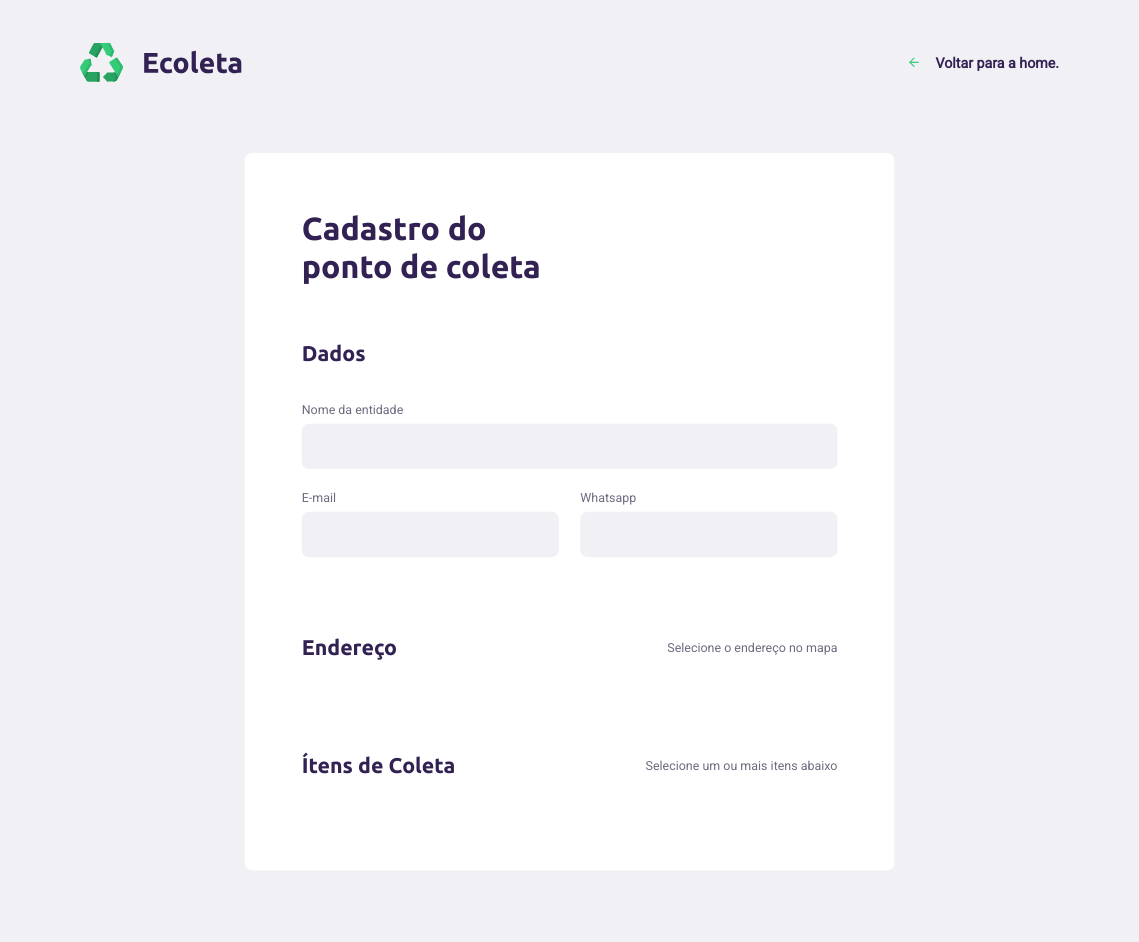
Repository: DavidSamerson/NLW_treinamento_2020
Page: /CreatePoint (app in webapp/)
The author's editor kept a copy of each file at every save. The page is drawn from the files as they stood at one save, then again after the next save.
The browser window is 1280 px wide. The pictures show the whole page, at 89% of full size.
The project was rebuilt for these pictures with package versions that can differ from the ones it lists, and the page was loaded fresh each time. Also part of the build but not shown: webapp/src/pages/Home/styles.css, webapp/src/pages/Home/index.tsx.

Above is the page before, as saved 2020-06-16 15:25:17.

### webapp/public/index.html
<!DOCTYPE html>
<html lang="en">
  <head>
    <meta charset="utf-8" />
    <link rel="icon" href="%PUBLIC_URL%/favicon.ico" />
    <meta name="viewport" content="width=device-width, initial-scale=1" />
    <meta name="theme-color" content="#34CB79" />
    <link href="https://fonts.googleapis.com/css2?family=Roboto&family=Ubuntu:wght@700&display=swap" rel="stylesheet">
    <meta
      name="description"
      content="Web site created using create-react-app"
    />
    <link rel="apple-touch-icon" href="%PUBLIC_URL%/logo192.png" />
    <!--
      manifest.json provides metadata used when your web app is installed on a
      user's mobile device or desktop. See https://developers.google.com/web/fundamentals/web-app-manifest/
    -->
    <link rel="manifest" href="%PUBLIC_URL%/manifest.json" />
    <!--
      Notice the use of %PUBLIC_URL% in the tags above.
      It will be replaced with the URL of the `public` folder during the build.
      Only files inside the `public` folder can be referenced from the HTML.

      Unlike "/favicon.ico" or "favicon.ico", "%PUBLIC_URL%/favicon.ico" will
      work correctly both with client-side routing and a non-root public URL.
      Learn how to configure a non-root public URL by running `npm run build`.
    -->
    <title>React App</title>
  </head>
  <body>
    <noscript>You need to enable JavaScript to run this app.</noscript>
    <div id="root"></div>
    <!--
      This HTML file is a template.
      If you open it directly in the browser, you will see an empty page.

      You can add webfonts, meta tags, or analytics to this file.
      The build step will place the bundled scripts into the <body> tag.

      To begin the development, run `npm start` or `yarn start`.
      To create a production bundle, use `npm run build` or `yarn build`.
    -->
  </body>
</html>

### webapp/src/App.tsx
import React from 'react';
import './App.css';

import Home from './pages/Home';
import CreatePoint from './pages/CreatePoint';

import Routes from './routes';

//JSX -> sintaxe de xml dentro do javascript


function App() {

  return (
    <div>
        <Routes />
    </div>
  );
}

export default App;

//import React, {useState} from 'react';
//import Header from './header';


/*const [counter, setCounter] = useState(0); //[valor do estado / função para atualizar o valor do estado]
//Estado e Imutabilidade

function handleButton(){
    setCounter(counter + 1);
} */

// <Header title={`ECOLETA ${counter}`}/> -----> Passando variaveis via HTML

/*<Header title="ECOLETA 1"/>
        <Header title="ECOLETA 2"/>
        <Header title="ECOLETA 3"/>
        <Header title={`ECOLETA ${counter}`}/>

        <h1>{counter}</h1>
        <button type="button" onClick={handleButton}>Aumentar</button> */

### webapp/src/routes.tsx
import React from 'react';
import { Route, BrowserRouter } from 'react-router-dom';

import Home from './pages/Home';
import CreatePoint from './pages/CreatePoint';

const Routes = () => {
    return (
        <BrowserRouter>
            <Route component={Home} path="/" exact />
            <Route component={CreatePoint} path="/CreatePoint"/>
        </BrowserRouter>
    );
}
export default Routes;

### webapp/src/pages/CreatePoint/index.tsx
import React from 'react';
import './styles.css';
import logo from '../../assets/logo.svg';
import { Link } from 'react-router-dom';
import {FiArrowLeft} from 'react-icons/fi';

const CreatePoint = () => {
    return (
        <div id="page-create-point">
            <header>
                <img src={logo} alt="Ecoleta" />
                <Link to="/">
                    <FiArrowLeft />
                    Voltar para a home.
                </Link>
            </header>

            <form action="">
                <h1>Cadastro do <br /> ponto de coleta</h1>
                <fieldset>
                    <legend>
                        <h2>Dados</h2>
                    </legend>
                    <div className="field">
                        <label htmlFor="name">
                            Nome da entidade
                        </label>
                        <input
                            id="name"
                            name="name"
                            type="text"
                        />
                    </div>

                    <div className="field-group">

                        <div className="field">
                        <label htmlFor="email">
                            E-mail
                        </label>
                        <input
                            id="email"
                            name="email"
                            type="email"
                        />
                    </div>
                    <div className="field">
                        <label htmlFor="Whatsapp">
                            Whatsapp
                        </label>
                        <input
                            id="Whatsapp"
                            name="Whatsapp"
                            type="text"
                        />
                    </div>

                    </div>
                </fieldset>

                <fieldset>
                    <legend>
                        <h2>Endereço</h2>
                        <span>Selecione o endereço no mapa</span>
                    </legend>

                    <div className="field-group">

                    </div>
                </fieldset>

                <fieldset>
                    <legend>
                        <h2>Ítens de Coleta</h2>
                        <span>Selecione um ou mais itens abaixo</span>
                    </legend>
                </fieldset>
            </form>
        </div>
    )
};

export default CreatePoint;

### webapp/src/pages/CreatePoint/styles.css
#page-create-point {
  width: 100%;
  max-width: 1100px;

  margin: 0 auto;
}

#page-create-point header {
  margin-top: 48px;

  display: flex;
  justify-content: space-between;
  align-items: center;
}

#page-create-point header a {
  color: var(--title-color);
  font-weight: bold;
  text-decoration: none;

  display: flex;
  align-items: center;
}

#page-create-point header a svg {
  margin-right: 16px;
  color: var(--primary-color);
}

#page-create-point form {
  margin: 80px auto;
  padding: 64px;
  max-width: 730px;
  background: #FFF;
  border-radius: 8px;

  display: flex;
  flex-direction: column;
}

#page-create-point form h1 {
  font-size: 36px;
}

#page-create-point form fieldset {
  margin-top: 64px;
  min-inline-size: auto;
  border: 0;
}

#page-create-point form legend {
  width: 100%;
  display: flex;
  justify-content: space-between;
  align-items: center;
  margin-bottom: 40px;
}

#page-create-point form legend h2 {
  font-size: 24px;
}

#page-create-point form legend span {
  font-size: 14px;
  font-weight: normal;
  color: var(--text-color);
}

#page-create-point form .field-group {
  flex: 1;
  display: flex;
}

#page-create-point form .field {
  flex: 1;

  display: flex;
  flex-direction: column;
  margin-bottom: 24px;
}

#page-create-point form .field input[type=text],
#page-create-point form .field input[type=email],
#page-create-point form .field input[type=number] {
  flex: 1;
  background: #F0F0F5;
  border-radius: 8px;
  border: 0;
  padding: 16px 24px;
  font-size: 16px;
  color: #6C6C80;
}

#page-create-point form .field select {
  -webkit-appearance: none;
  -moz-appearance: none;
  appearance: none;
  flex: 1;
  background: #F0F0F5;
  border-radius: 8px;
  border: 0;
  padding: 16px 24px;
  font-size: 16px;
  color: #6C6C80;
}

#page-create-point form .field input::placeholder {
  color: #A0A0B2;
}

#page-create-point form .field label {
  font-size: 14px;
  margin-bottom: 8px;
}

#page-create-point form .field :disabled {
  cursor: not-allowed;
}

#page-create-point form .field-group .field + .field {
  margin-left: 24px;
}

#page-create-point form .field-group input + input {
  margin-left: 24px;
}

#page-create-point form .field-check {
  flex-direction: row;
  align-items: center;
}

#page-create-point form .field-check input[type=checkbox] {
  background: #F0F0F5;
}

#page-create-point form .field-check label {
  margin: 0 0 0 8px;
}

#page-create-point form .leaflet-container {
  width: 100%;
  height: 350px;
  border-radius: 8px;
  margin-bottom: 24px;
}

#page-create-point form button {
  width: 260px;
  height: 56px;
  background: var(--primary-color);
  border-radius: 8px;
  color: #FFF;
  font-weight: bold;
  font-size: 16px;
  border: 0;
  align-self: flex-end;
  margin-top: 40px;
  transition: background-color 0.2s;
  cursor: pointer;
}

#page-create-point form button:hover {
  background: #2FB86E;
}

.items-grid {
  display: grid;
  grid-template-columns: repeat(3, 1fr);
  gap: 16px;
  list-style: none;
}

.items-grid li {
  background: #f5f5f5;
  border: 2px solid #f5f5f5;
  height: 180px;
  border-radius: 8px;
  padding: 32px 24px 16px;

  display: flex;
  flex-direction: column;
  justify-content: space-between;
  align-items: center;

  text-align: center;

  cursor: pointer;
}

.items-grid li span {
  flex: 1;
  margin-top: 12px;

  display: flex;
  align-items: center;
  color: var(--title-color)
}

.items-grid li.selected {
  background: #E1FAEC;
  border: 2px solid #34CB79;
}

Loaded but not shown: webapp/src/index.tsx (common file); webapp/src/App.css (common file)

After the next save:
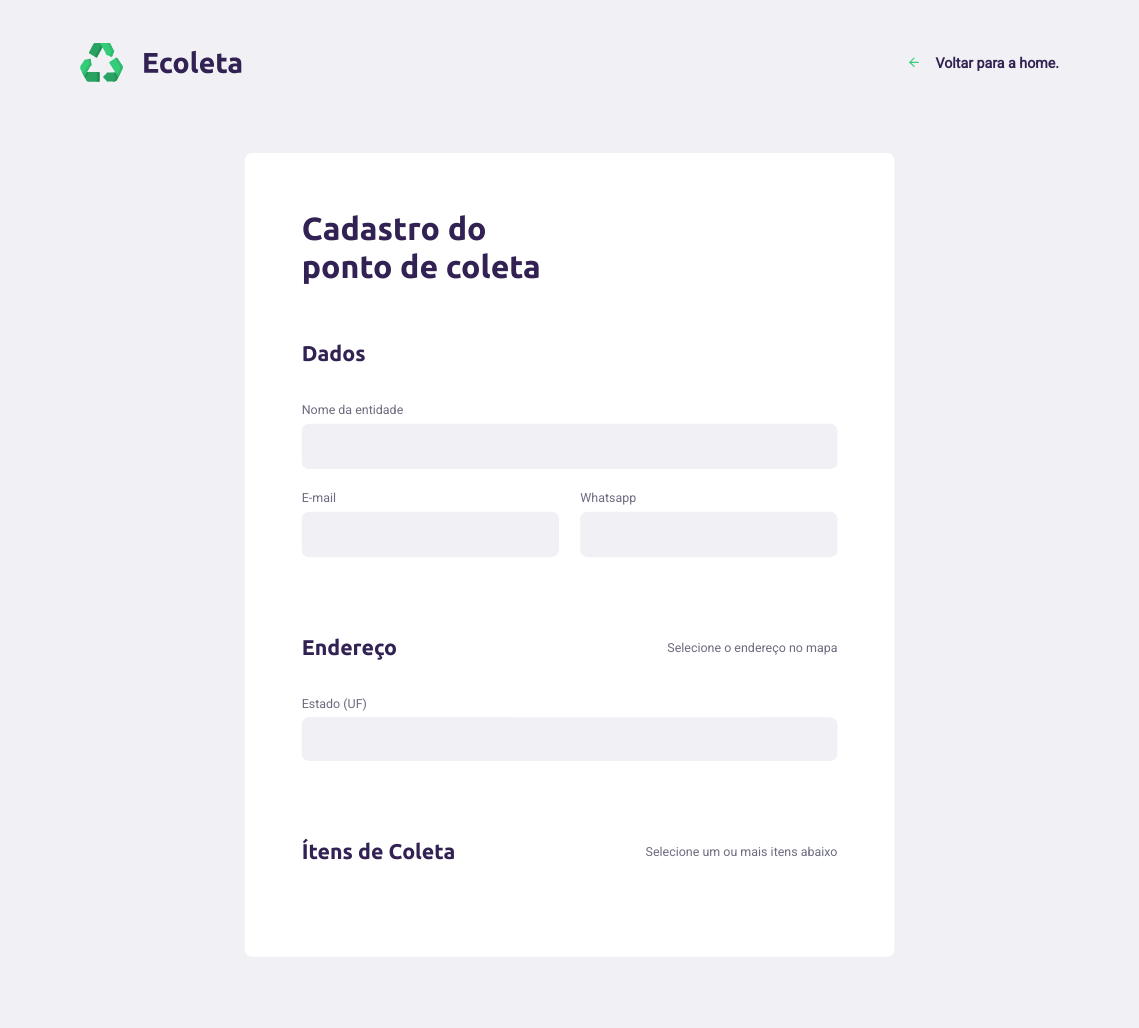
Saved 101 s later.
--- a/webapp/src/pages/CreatePoint/index.tsx
+++ b/webapp/src/pages/CreatePoint/index.tsx
@@ -65,7 +65,13 @@ const CreatePoint = () => {
                     </legend>
 
                     <div className="field-group">
-
+                        <div className="field">
+                            <label htmlFor="uf">
+                                Estado (UF)
+                            </label>
+                            <select name="uf" id="uf">
+                            </select>
+                        </div>
                     </div>
                 </fieldset>
 
